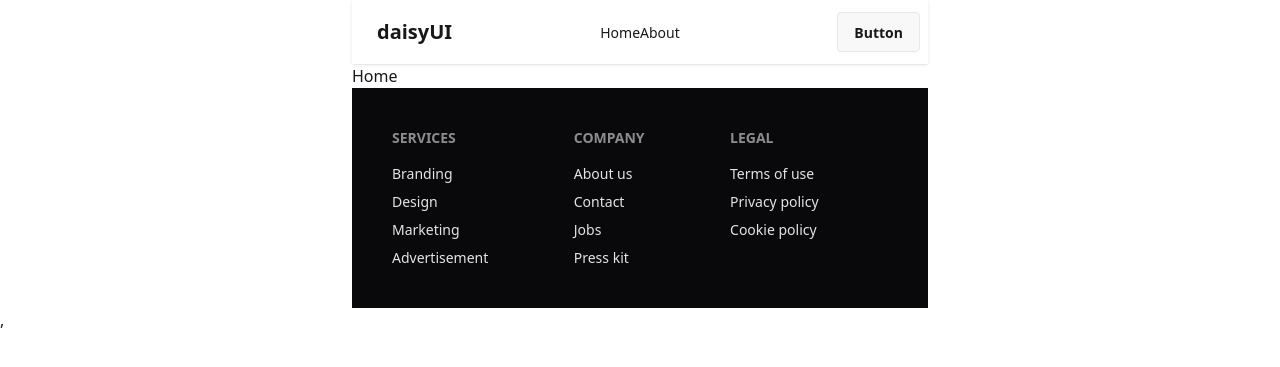
Repository: SanjidaSnigdha/Boipoka-Book-Vibe-Project
Page: /
These files come from the project's save history. The page is drawn as it stood at one moment and after the next save; the edit follows.
The browser window is 1280 px wide. The pictures show the whole page.
The project was rebuilt for these pictures with package versions that can differ from the ones it lists, and the page was loaded fresh each time. Also part of the build but not shown: vite.config.js, src/App.css, src/App.jsx, src/Pages/Root/ErrorPage/ErrorPage.jsx.

Above is the page before, as saved 2026-05-12 11:12:20.

### index.html
<!doctype html>
<html lang="en">
  <head>
    <meta charset="UTF-8" />
    <link rel="icon" type="image/svg+xml" href="/favicon.svg" />
    <meta name="viewport" content="width=device-width, initial-scale=1.0" />
    <title>boipuka</title>
  </head>
  <body>
    <div id="root"></div>
    <script type="module" src="/src/main.jsx"></script>
  </body>
</html>

### src/main.jsx
import { StrictMode } from 'react'
import { createRoot } from 'react-dom/client'
import './index.css'
import App from './App.jsx'
import {
  RouterProvider,
} from "react-router";
import { router } from './Routes/Routes.jsx';




createRoot(document.getElementById('root')).render(
  <StrictMode>
     <RouterProvider router={router} />,
  </StrictMode>,
)

### src/index.css
@import "tailwindcss";
@plugin "daisyui" {
themes : light --default, dark --prefersdark;
themes: light --default;
}
   dark mode to light mode ( index.css)

### src/Routes/Routes.jsx
import React from 'react';
import {
  createBrowserRouter,
} from "react-router";
import Root from '../Pages/Root/Root';
import ErrorPage from '../Pages/Root/ErrorPage/ErrorPage';
import { Component } from 'react';
import Home from '../Pages/Home/Home';

 export const router = createBrowserRouter([
  {
    path: "/",
    Component: Root,
    errorElement: <ErrorPage></ErrorPage>,
    children: [
      {
      index: true,
      path: '/',
      Component: Home

    },
  ],
},
]);

### src/Pages/Root/Root.jsx
import React from 'react';
import Navbar from '../../Components/Header/Navbar/Navbar';
import { Outlet } from 'react-router';
import Footer from '../../Components/Footer/Footer';

const Root = () => {
    return (
        <div className='max-w-xl mx-auto'>
            <Navbar></Navbar>
            <Outlet></Outlet>
            <Footer></Footer>

        </div>
    );
};

export default Root;

### src/Pages/Home/Home.jsx
import React from 'react';

const Home = () => {
    return (
        <div>
            <h1>Home</h1>
        </div>
    );
};

export default Home;

### src/Components/Header/Navbar/Navbar.jsx
import React from 'react';

const Navbar = () => {
    const links = <>
      <li>Home</li>
      <li>About</li>
    </>
    return (
        <div className="navbar bg-base-100 shadow-sm">
  <div className="navbar-start">
    <div className="dropdown">
      <div tabIndex={0} role="button" className="btn btn-ghost lg:hidden">
        <svg xmlns="http://www.w3.org/2000/svg" className="h-5 w-5" fill="none" viewBox="0 0 24 24" stroke="currentColor"> <path strokeLinecap="round" strokeLinejoin="round" strokeWidth="2" d="M4 6h16M4 12h8m-8 6h16" /> </svg>
      </div>
      <ul
        tabIndex="-1"
        className="menu menu-sm dropdown-content bg-base-100 rounded-box z-1 mt-3 w-52 p-2 shadow">
       {links}
      </ul>
    </div>
    <a className="btn btn-ghost text-xl">daisyUI</a>
  </div>
  <div className="navbar-center hidden lg:flex">
    <ul className="menu menu-horizontal px-1">
      {links}
    </ul>
  </div>
  <div className="navbar-end">
    <a className="btn">Button</a>
  </div>
</div>
    );
};

export default Navbar;

### src/Components/Footer/Footer.jsx
import React from 'react';

const Footer = () => {
    return (
        <footer className="footer sm:footer-horizontal bg-neutral text-neutral-content p-10">
  <nav>
    <h6 className="footer-title">Services</h6>
    <a className="link link-hover">Branding</a>
    <a className="link link-hover">Design</a>
    <a className="link link-hover">Marketing</a>
    <a className="link link-hover">Advertisement</a>
  </nav>
  <nav>
    <h6 className="footer-title">Company</h6>
    <a className="link link-hover">About us</a>
    <a className="link link-hover">Contact</a>
    <a className="link link-hover">Jobs</a>
    <a className="link link-hover">Press kit</a>
  </nav>
  <nav>
    <h6 className="footer-title">Legal</h6>
    <a className="link link-hover">Terms of use</a>
    <a className="link link-hover">Privacy policy</a>
    <a className="link link-hover">Cookie policy</a>
  </nav>
</footer>
    );
};

export default Footer;

After the next save:
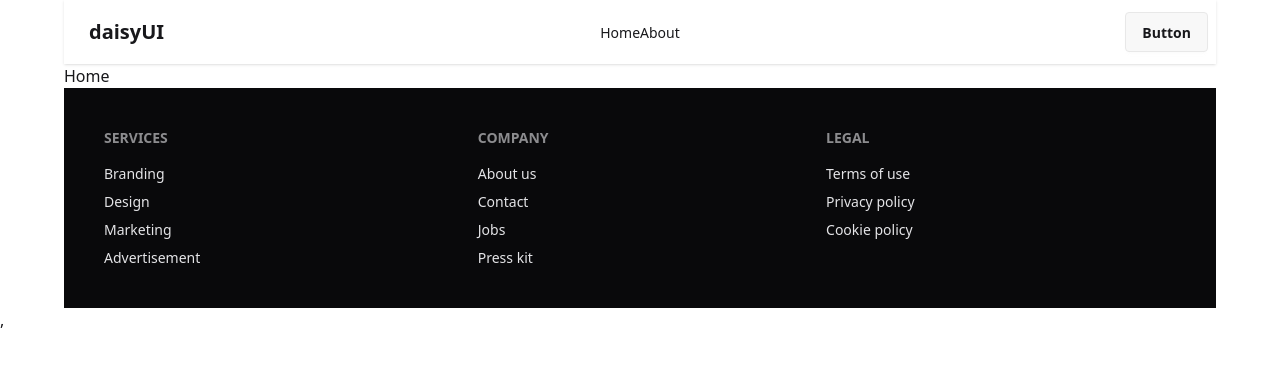
Saved 47 s later.
--- a/src/Pages/Root/Root.jsx
+++ b/src/Pages/Root/Root.jsx
@@ -5,7 +5,7 @@ import Footer from '../../Components/Footer/Footer';
 
 const Root = () => {
     return (
-        <div className='max-w-xl mx-auto'>
+        <div className='max-w-6xl mx-auto'>
             <Navbar></Navbar>
             <Outlet></Outlet>
             <Footer></Footer>
